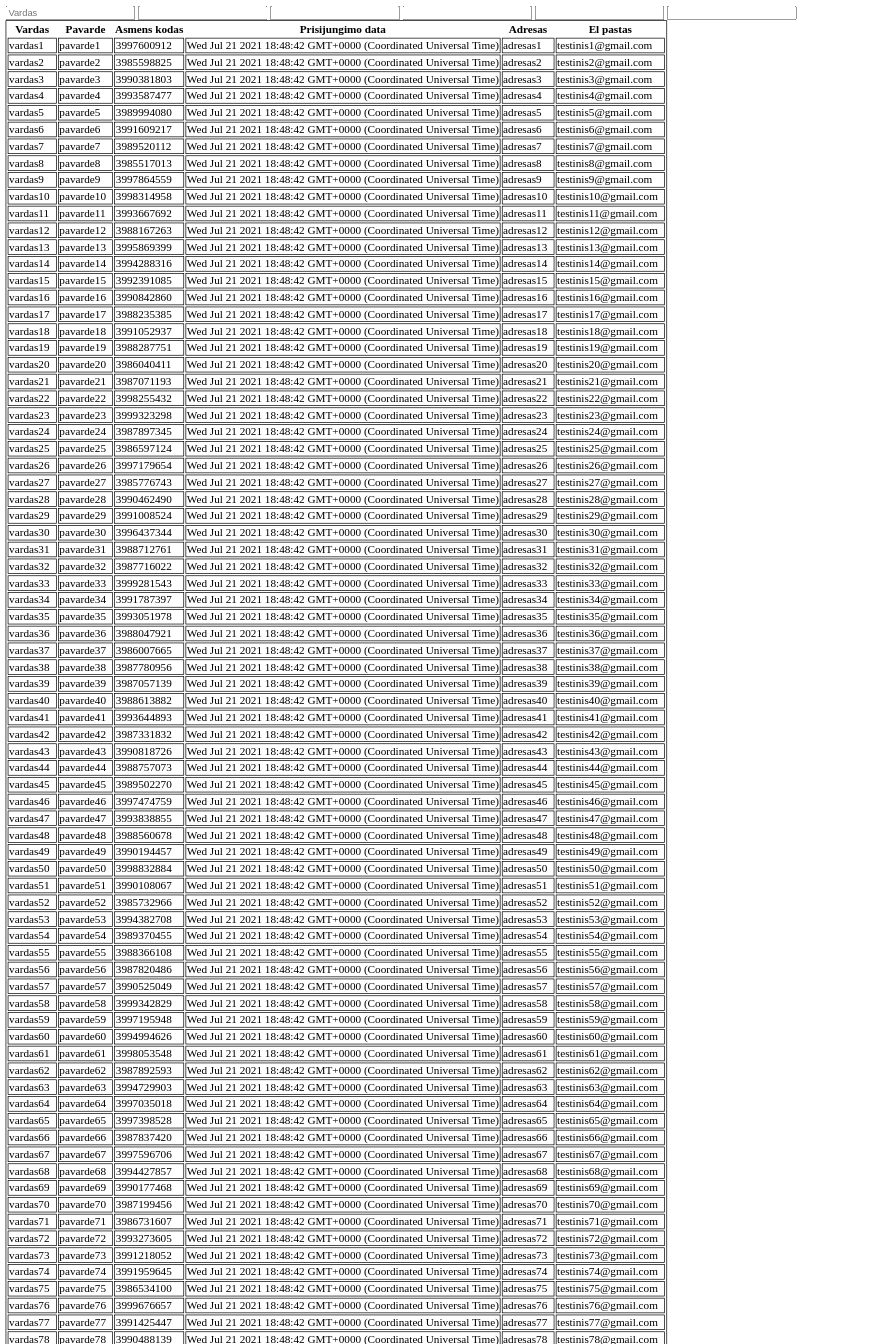
Repository: motiejus1/29-paskaita-05.31
Page: index.html
An editor plug-in stored every save of this project. The page is shown before and after the next save, followed by the edit.
The browser window is 1280 px wide. The pictures show the part of the page from y = 0 to 1920 px (the page is 4863 px tall before and 4884 px after), at 70% of full size.

Above is the page before, as saved 2021-07-21 18:49:05.

### index.html
<!DOCTYPE html>
<html lang="en">
<head>
    <meta charset="UTF-8">
    <meta http-equiv="X-UA-Compatible" content="IE=edge">
    <meta name="viewport" content="width=device-width, initial-scale=1.0">
    <title>29 paskaita</title>
    <style>
        table {
            border: 1px solid black;
        }

        td {
            border: 1px solid black;
        }
    </style>
</head>
<body>

    <div class="kliento-ivedimas">
        <input type="text" id="vardas" name="vardas" placeholder="Vardas" />
        <input/>
        <input/>
        <input/>
        <input/>
        <input/>
    </div>


    <table class="klientai">
        <tr>
            <th>Vardas</th>
            <th>Pavarde</th>
            <th>Asmens kodas</th>
            <th>Prisijungimo data</th>
            <th>Adresas</th>
            <th>El pastas</th>
        </tr>
    </table>

    <script>
        "use strict";

// 3. Susikurti objektą "Klientas".
// Kintamieji:
// vardas
// pavarde
// asmens kodas
// prisijungimo data
// adresas
// elpastas.

// Sukurti 200 "Klientas" objektų masyvą. "Klientas" duomenis užpildyti savo nuožiūrą.
// Visą "Klientas" objektų masyvą atvaizduoti lentelėje <table>.

    function getRndInteger(min, max) {
        return Math.floor(Math.random() * (max - min + 1) ) + min;
    }

    var klientuMasyvas = [];

    // Klientu generavimas
    for(var i=0; i< 200; i++) {
        var klientas = {
            vardas: "",
            pavarde: "",
            asmensKodas: "",
            prsijungimData: "",
            adresas: "",
            elpastas: ""
        }

        klientas.vardas = "vardas"+(i+1);
        klientas.pavarde = "pavarde"+(i+1);
        // klientas.asmensKodas = "3985254515" + (i+1);
        klientas.asmensKodas = getRndInteger(3985254515, 3999999999);
        klientas.prsijungimData = new Date();
        klientas.adresas = "adresas" + (i+1);
        klientas.elpastas = "testinis"+(i+1) + "@gmail.com";
        klientuMasyvas.push(klientas);
    }

    //Klientu atvaizdavimas
    var isvedimoElementas = document.querySelector(".klientai");

    for (var i=0; i< klientuMasyvas.length; i++) {
        // tiesiog sukurti tuscias eilutes
        var eilute = document.createElement("tr");
        eilute.classList.add("klientas");

        //Vardo atvaizdavimas
        var vardas = document.createElement("td");
        vardas.innerText = klientuMasyvas[i].vardas;
        eilute.append(vardas);

        //Pavarde atvaizdavimas
        var pavarde = document.createElement("td");
        pavarde.innerText = klientuMasyvas[i].pavarde;
        eilute.append(pavarde);

        //Asmens kodas atvaizdavimas
        var asmensKodas = document.createElement("td");
        asmensKodas.innerText = klientuMasyvas[i].asmensKodas;
        eilute.append(asmensKodas);

        //prsijungimData atvaizdavimas
        var prsijungimData = document.createElement("td");
        prsijungimData.innerText = klientuMasyvas[i].prsijungimData;
        eilute.append(prsijungimData);

        // Adresas atvaizdavimas
        var adresas = document.createElement("td");
        adresas.innerText = klientuMasyvas[i].adresas;
        eilute.append(adresas);

        // elpastas atvaizdavimas
        var elpastas = document.createElement("td");
        elpastas.innerText = klientuMasyvas[i].elpastas;
        eilute.append(elpastas);

        isvedimoElementas.append(eilute);
    }


    console.log(klientuMasyvas);

    </script>
</body>
</html>

After the next save:
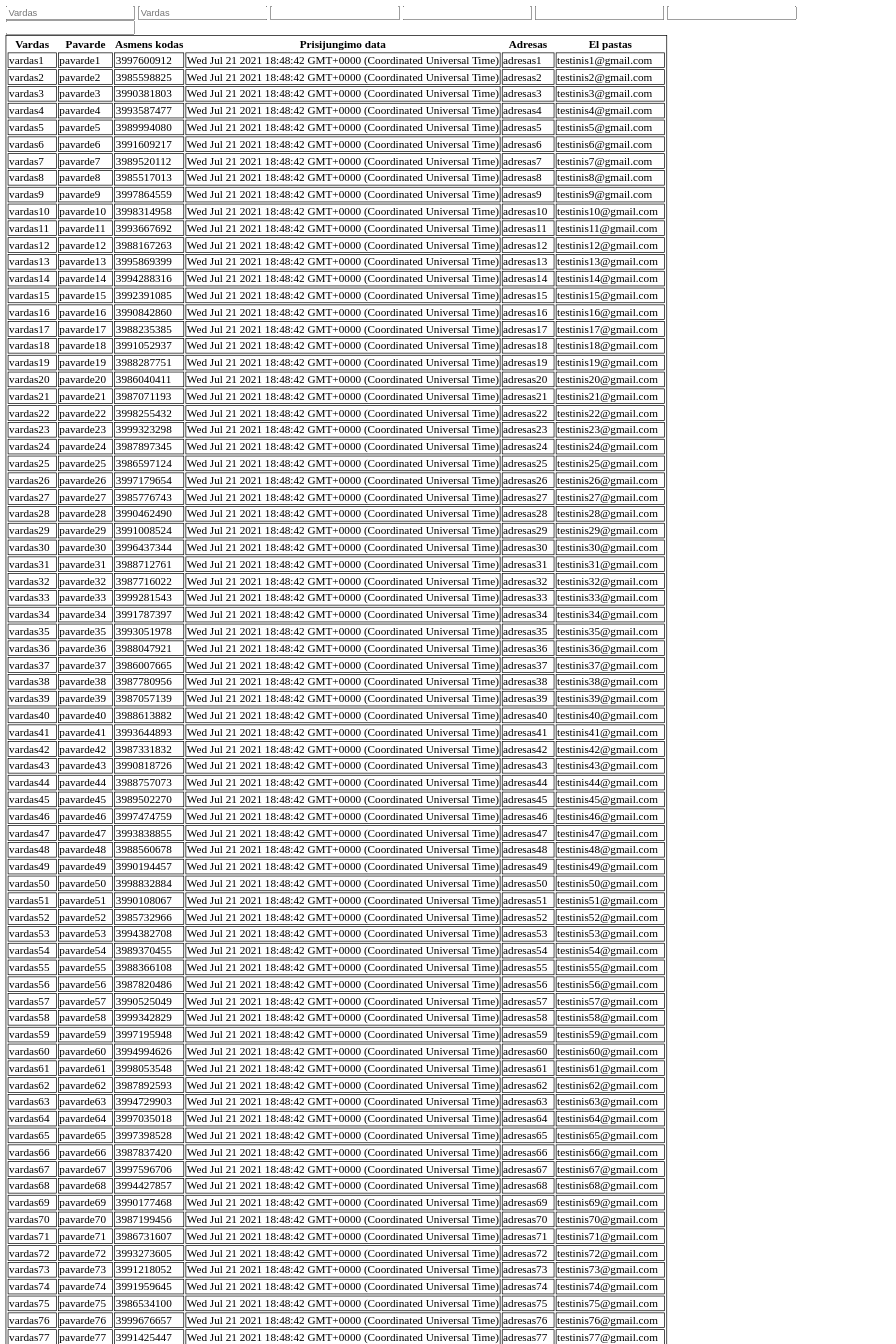
Saved 9 s later.
--- a/index.html
+++ b/index.html
@@ -18,6 +18,7 @@
 <body>
 
     <div class="kliento-ivedimas">
+        <input type="text" id="vardas" name="vardas" placeholder="Vardas" />
         <input type="text" id="vardas" name="vardas" placeholder="Vardas" />
         <input/>
         <input/>
